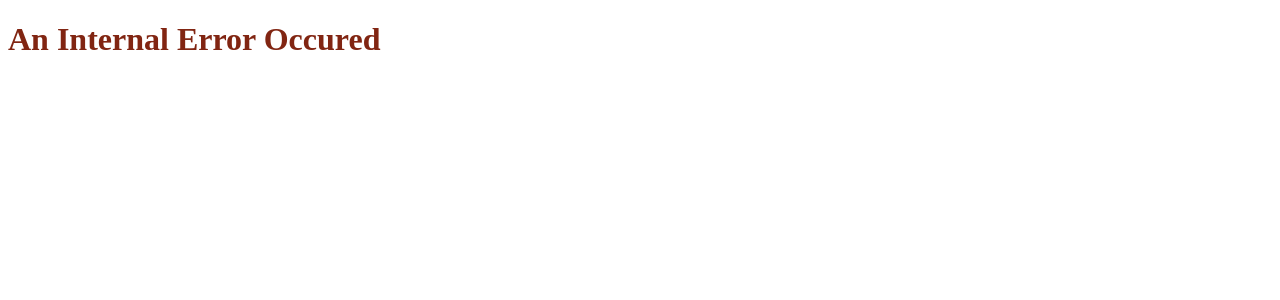
Repository: Solankinikhil/DailyWork
Page: http://localhost/JSP/Error.jsp
These files come from the project's save history. The page is drawn as it stood at one moment and after the next save; the edit follows.
The browser window is 1280 px wide. The pictures show the whole page.
The page is served by Tomcat 9.

Above is the page before, as saved 2020-03-09 05:43:05.

### eclipse-workspace/JSP/WebContent/Error.jsp
<%@ page language="java" contentType="text/html; charset=ISO-8859-1"
	pageEncoding="ISO-8859-1"%>
<!DOCTYPE html>
<html>
<head>
<meta charset="ISO-8859-1">
<title>Insert title here</title>
</head>
<body>
	<h1 style="font-size: 30; color: #812512">An Internal Error Occured</h1>
</body>
</html>

After the next save:
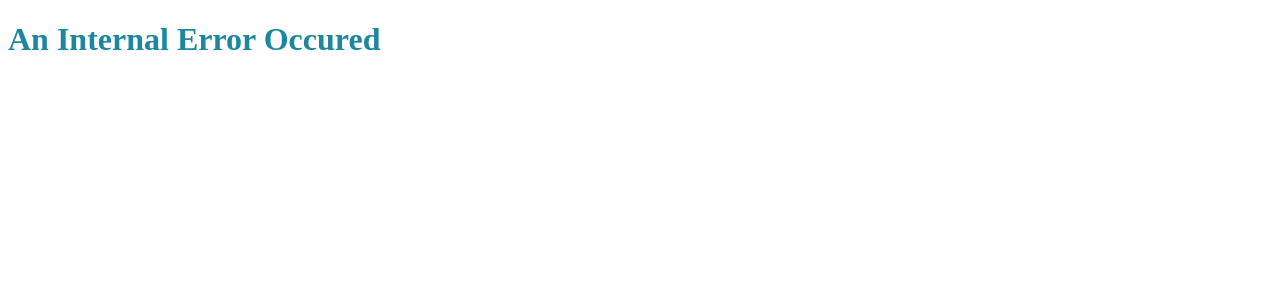
Saved 3 min 56 s later.
--- a/eclipse-workspace/JSP/WebContent/Error.jsp
+++ b/eclipse-workspace/JSP/WebContent/Error.jsp
@@ -7,6 +7,6 @@
 <title>Insert title here</title>
 </head>
 <body>
-	<h1 style="font-size: 30; color: #812512">An Internal Error Occured</h1>
+	<h1 style="font-size: 30; color: #1C879E ">An Internal Error Occured</h1>
 </body>
 </html>
